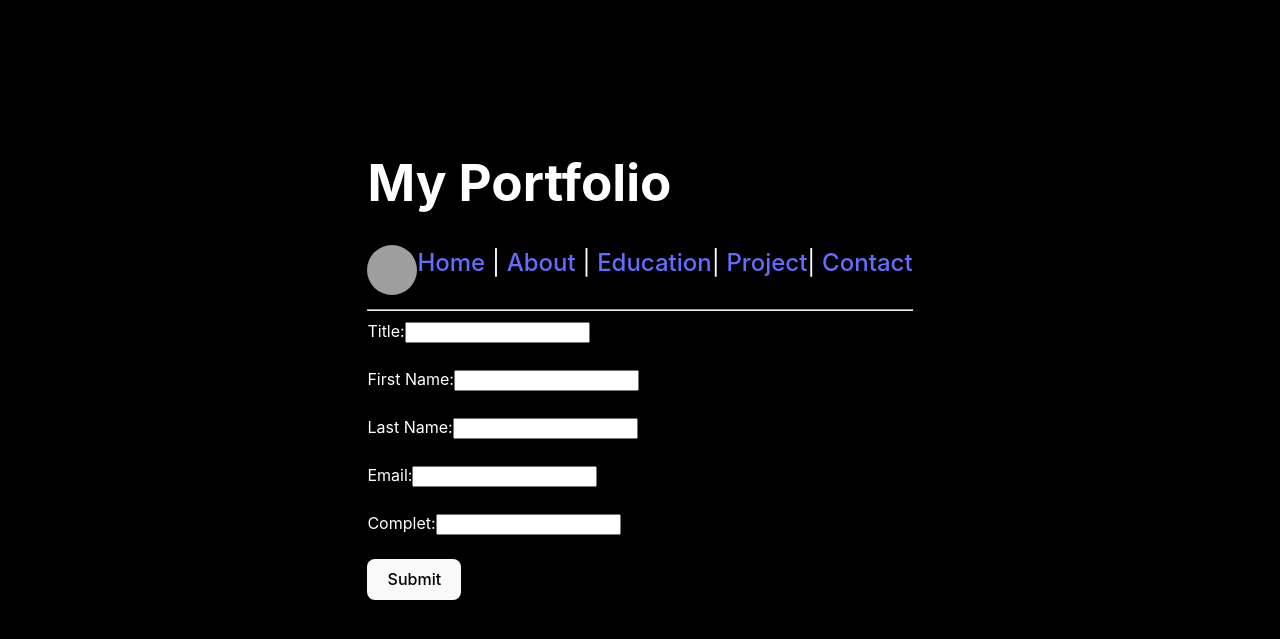
Repository: aislandmin/Personal-Portfolio-Express-MongoDB
Page: /project (app in client/)
These files come from the project's save history. The page is drawn as it stood at one moment and after the next save; the edit follows.
The browser window is 1280 px wide. The pictures show the whole page.
Pictures or frames that could not be fetched are drawn as grey boxes. The project was rebuilt for these pictures with package versions that can differ from the ones it lists, and the page was loaded fresh each time. Also part of the build but not shown: client/vite.config.js, client/components/Home.jsx, client/src/about.css, client/src/about.jsx, client/contact/api-contact.js, client/src/contact.jsx, client/qualification/api-qualification.js, client/src/education.jsx.

Above is the page before, as saved 2024-10-12 00:51:48.

After the next save:
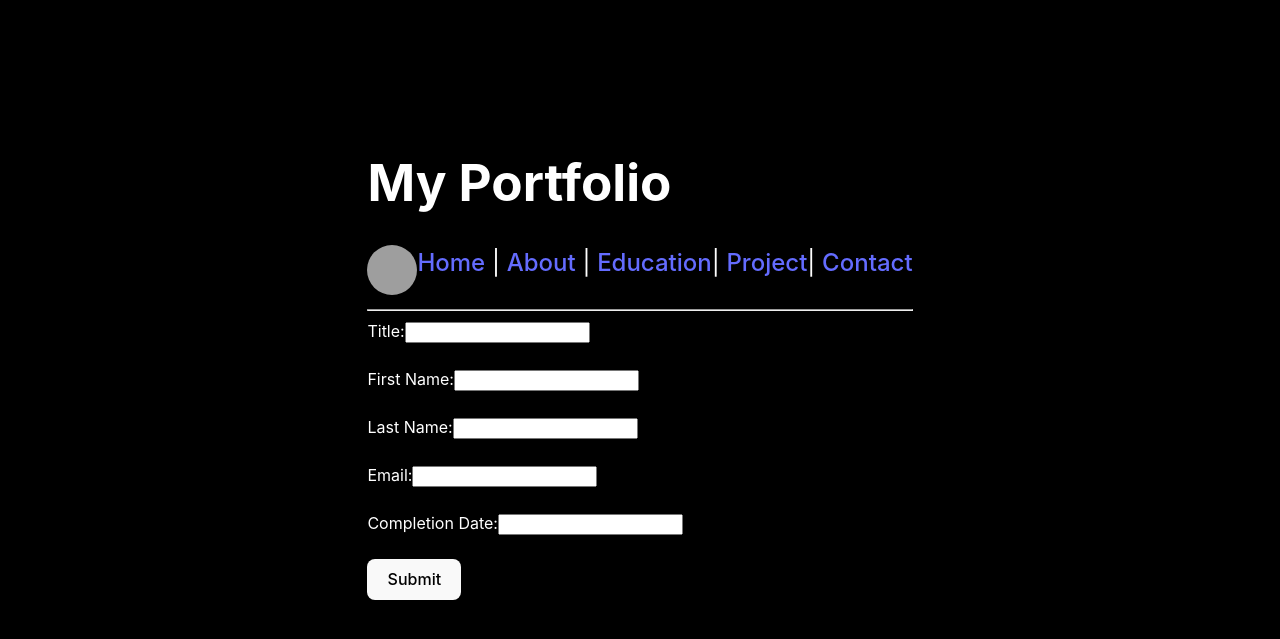
Saved 5 s later.
--- a/client/src/project.jsx
+++ b/client/src/project.jsx
@@ -148,7 +148,7 @@ export default function Project() {
           <br /><br />
 
     {/* Completion Date */}
-    <label htmlFor="completion">Complet:</label>
+    <label htmlFor="completion">Completion Date:</label>
           <input
             {...register("firstname", { required: "First name is required" })}
             value={values.firstname} onChange={handleChange('firstname')}
